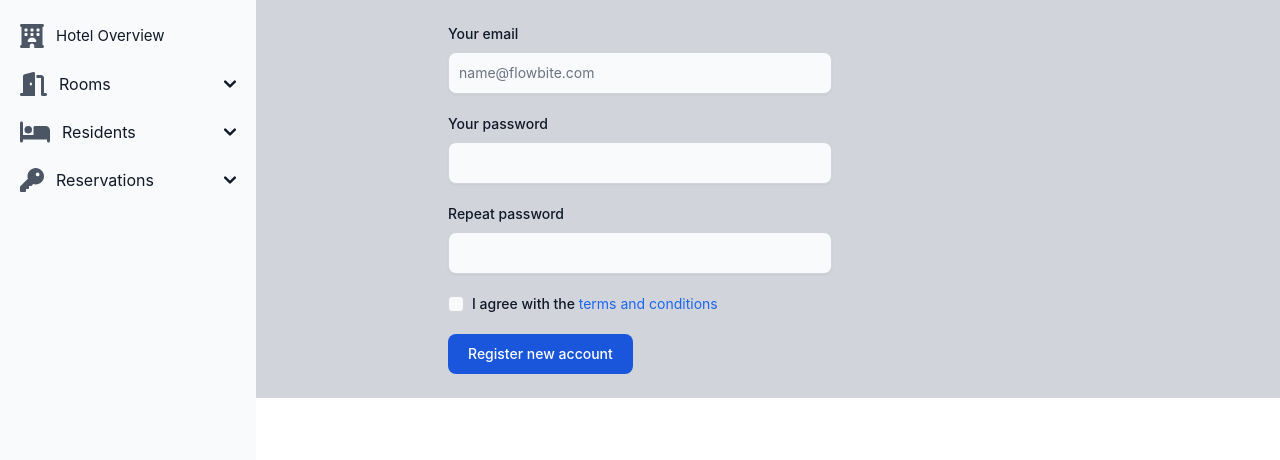
Repository: aggepap/hotelReservationsProj
Page: /rooms/add (app in admin-panel/)
These files come from the project's save history. The page is drawn as it stood at one moment and after the next save; the edit follows.
The browser window is 1280 px wide. The pictures show the whole page.
The project was rebuilt for these pictures with package versions that can differ from the ones it lists, and the page was loaded fresh each time. Also part of the build but not shown: admin-panel/vite.config.ts, admin-panel/src/views/HomeView.vue.

Above is the page before, as saved 2025-01-19 15:43:49.

After the next save:
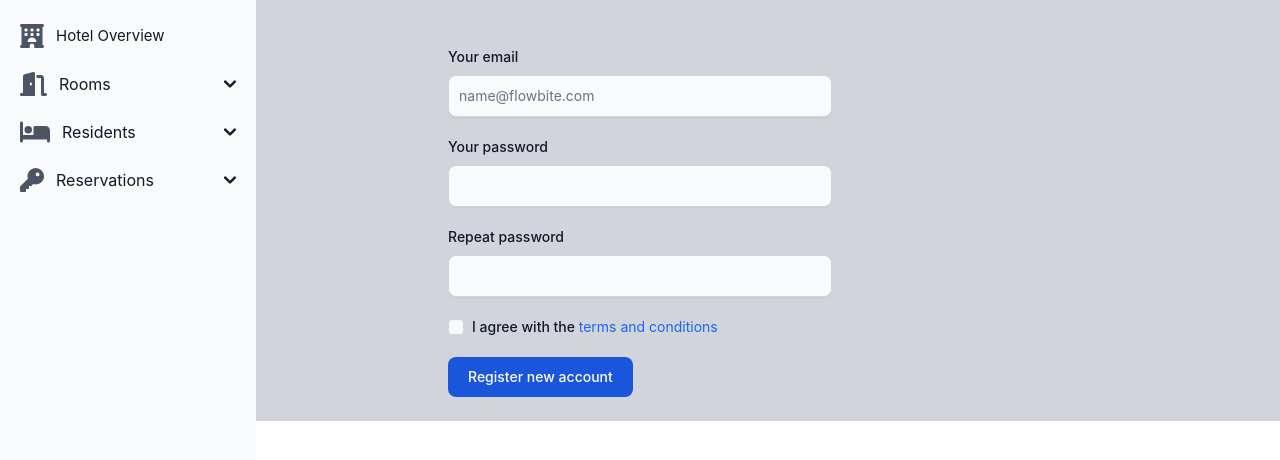
Saved 20 s later.
--- a/admin-panel/src/views/roomviews/AddRoomView.vue
+++ b/admin-panel/src/views/roomviews/AddRoomView.vue
@@ -1,6 +1,7 @@
 <script setup></script>
 
 <template>
+  <h2>Add New Room</h2>
   <form class="max-w-sm mx-auto">
     <div class="mb-5">
       <label
